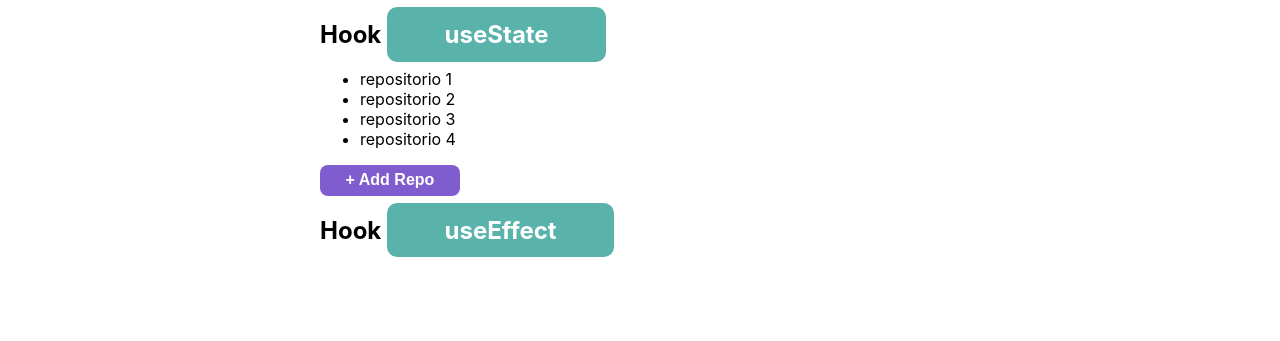
Repository: thiagolucio/react-hooks-use
Page: /
An editor plug-in stored every save of this project. The page is shown before and after the next save, followed by the edit.
The browser window is 1280 px wide. The pictures show the whole page.
The project was rebuilt for these pictures with package versions that can differ from the ones it lists, and the page was loaded fresh each time.

Above is the page before, as saved 2022-03-08 22:45:40.

After the next save:
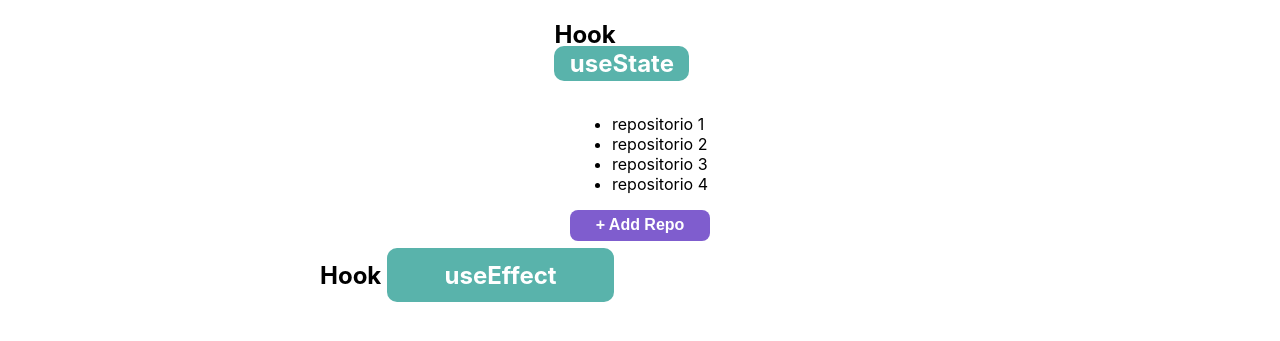
Saved 8 s later.
--- a/src/Components/UseStateExample.js
+++ b/src/Components/UseStateExample.js
@@ -18,7 +18,7 @@
     }
 
   return (
-    <div className="container">
+    <div className="container-column">
       <h2>Hook <span className="badge-title">useState</span></h2>
       <ul>
         {repositories.map((repo) => (

After the save that followed:
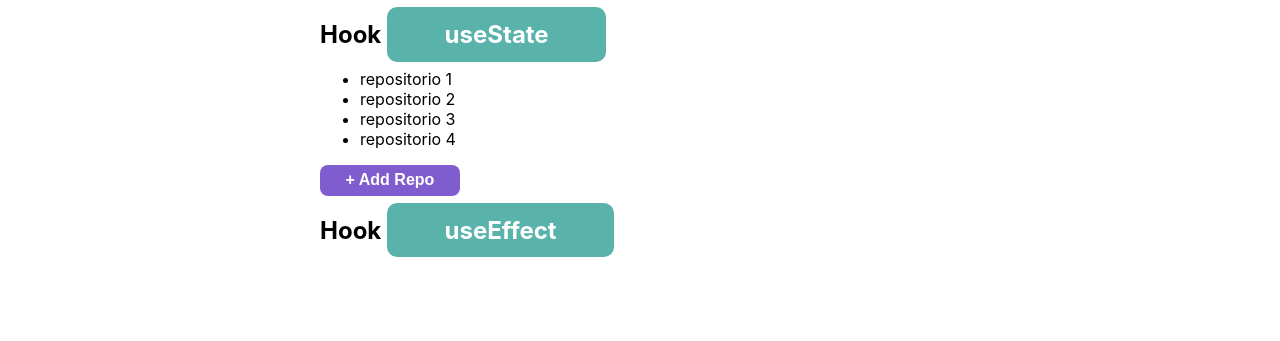
Saved 19 s later.
--- a/src/Components/UseStateExample.js
+++ b/src/Components/UseStateExample.js
@@ -18,7 +18,7 @@
     }
 
   return (
-    <div className="container-column">
+    <div className="container-row">
       <h2>Hook <span className="badge-title">useState</span></h2>
       <ul>
         {repositories.map((repo) => (
